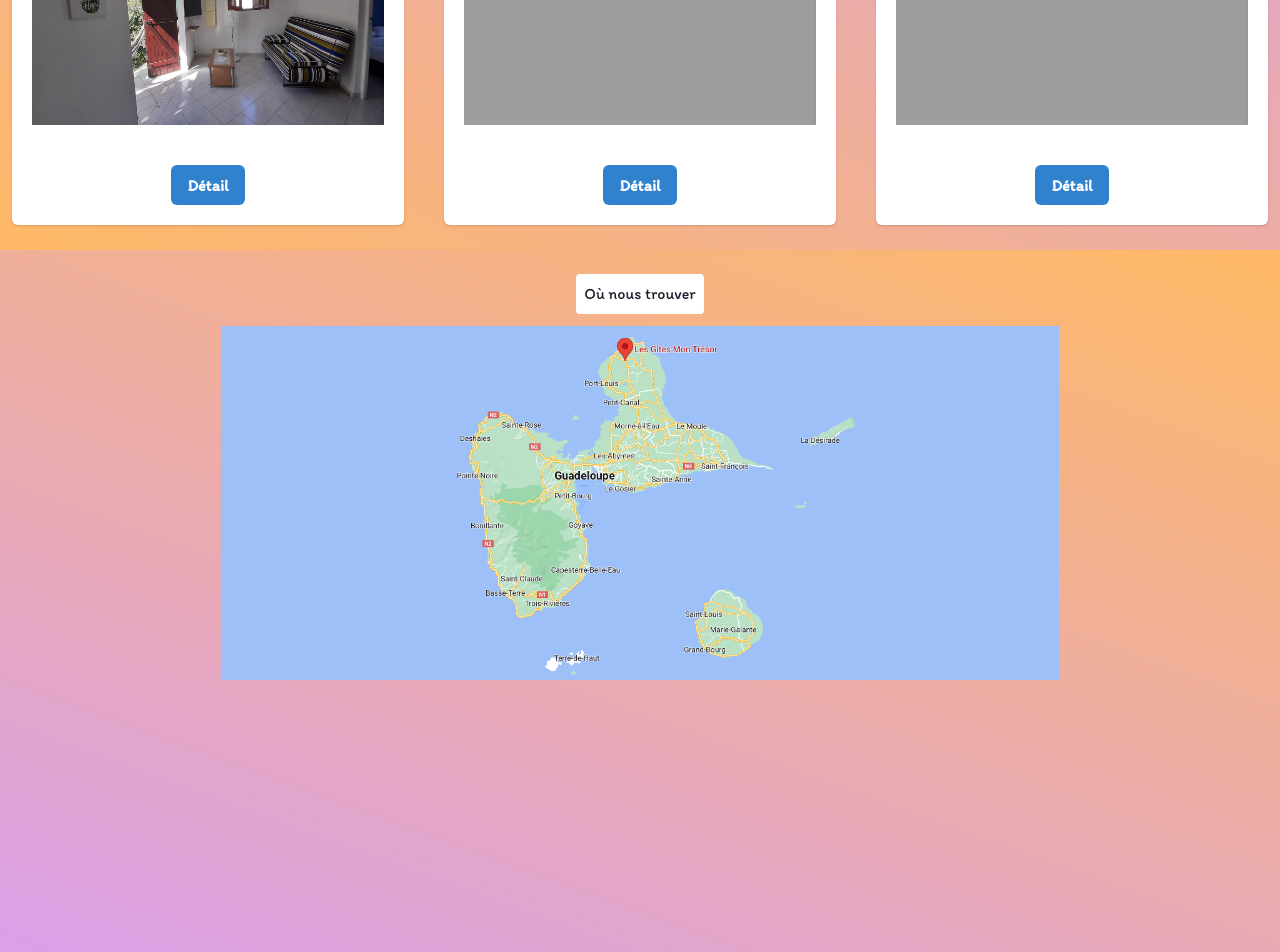
Repository: All-Khwarizmi/gites-v2
Page: /
The author's editor kept a copy of each file at every save. The page is drawn from the files as they stood at one save, then again after the next save.
The browser window is 1280 px wide. The pictures show the part of the page from y = 1190 to 2142 px (the page is 2160 px tall).
Pictures or frames that could not be fetched are drawn as grey boxes. The project was rebuilt for these pictures with package versions that can differ from the ones it lists, and the page was loaded fresh each time. The framework's server and built-in components were replaced by stand-ins that run in the browser. Also part of the build but not shown: next.config.js, next.config.mjs.

Above is the page before, as saved 2023-02-03 19:07:25.

### src/pages/_app.tsx
import { type AppType } from "next/dist/shared/lib/utils";
import { ChakraProvider } from "@chakra-ui/react";
import Layout from "../components/Layout";
import { Itim } from "@next/font/google";
import Navbar from "../components/Navbar";

import "../styles/globals.css";
import Head from "next/head";

const inter = Itim({ weight: "400", subsets: ["latin"] });

const MyApp: AppType = ({ Component, pageProps }) => {
  return (
    <ChakraProvider>
      <Head>
        <title>Gîtes Mon Tresor</title>
        <meta
          name="viewport"
          /* content="width=device-width, initial-scale=1.0, maximum-scale=1.0,user-scalable=0" */
          content="viewport-fit=cover"
        />
        <meta name="title" content="Gîtes Mon Tresor" />

        <meta
          name="description"
          content="Gîtes accueillants et chaleureux en Guadeloupe, Anse Bertrand. Venez en famille ou en amoureux profiter des plaisirs qu'offre l'île. "
        />
        <meta property="og:image" content="/IMG_0318.JPG" key="ogimage" />
      </Head>

      <main className={inter.className}>
        <Component {...pageProps} />
      </main>
    </ChakraProvider>
  );
};

export default MyApp;

### src/pages/index.tsx
import { type NextPage } from "next";
import Head from "next/head";
import Link from "next/link";
import Test from "./Test";
import styles from '../styles/Home.module.scss'

const Home: NextPage = () => {
  return (
    <>
      <Test />
    </>
  );
};

export default Home;

### src/styles/globals.css
@tailwind base;
@tailwind components;
@tailwind utilities;

:root {
  --colorOne: #ffb965;
  --colorTwo: #d99feb;
  --color3: #ffbf5b;
  --color4: #31b7cf;
}
* {
  margin: 0;
  padding: 0;
}
body {
  width: 100vw;
  height: 100vh;
  box-sizing: border-box;
}

.test {
  width: 100%;
}

#myVideo {
  object-fit: cover;

  min-height: 100vh;
  position: relative;
  z-index: -1;
  bottom: 0;
  right: 0;
}

.section {
  background-image: linear-gradient(
    27deg,
    var(--colorOne) 0%,
    var(--colorTwo) 100%
  );
  margin-top: 0;
  position: relative;
}
.section-2 {
  background-image: linear-gradient(
    20deg,
    var(--colorTwo) 0%,
    var(--colorOne) 100%
  );
  margin-top: 0;
  position: relative;
}
.location-div {
  background-image: linear-gradient(
    27deg,
    var(--colorTwo) 0%
    var(--colorOne) 100%,

  );
  position: relative;
}

.card-1 {
  background-color: inherit;
  padding: 3rem;
  width: 100%;
}
.nav {
  position: fixed;
  z-index: 5;


}

### src/pages/Test.tsx
import { AppType } from "next/app";
import {
  Card,
  CardHeader,
  ButtonGroup,
  Button,
  CardBody,
  CardFooter,
  Stack,
  Image,
  Heading,
  Text,
  Divider,
  Flex,
} from "@chakra-ui/react";
import Carousel from "../components/Carousel";
import { Component, useEffect, useRef, useState } from "react";
import Localisation from "../components/Localisation";
import Navbar from "../components/Navbar";

const Test = () => {
  const divPosition: any = useRef(null);


  const slidesPalmier = [
    {
      img: "/Gite Palmier/1.jpg",
    },
    {
      img: "/Gite Palmier/2.jpg",
    },
    {
      img: "/Gite Palmier/3.jpg",
    },
    {
      img: "/Gite Palmier/4.jpg",
    },
    {
      img: "/Gite Palmier/5.jpg",
    },
    {
      img: "/Gite Palmier/6.jpg",
    },
    {
      img: "/Gite Palmier/7.jpg",
    },
    {
      img: "/Gite Palmier/9087556.jpg",
    },
  ];
  const slidesAnanas = [
    {
      img: "/Gite Ananas/1.jpg",
    },
    {
      img: "/Gite Ananas/2.jpg",
    },
    {
      img: "/Gite Ananas/3.jpg",
    },
    {
      img: "/Gite Ananas/4.jpg",
    },
    {
      img: "/Gite Ananas/5.jpg",
    },
    {
      img: "/Gite Ananas/6.jpg",
    },
    {
      img: "/Gite Ananas/20191231_100325.jpg",
    },
    {
      img: "/Gite Ananas/20200325_100606.jpg",
    },
  ];
  const slidesKawan = [
    {
      img: "/Gite Kawan/1.jpg",
    },
    {
      img: "/Gite Kawan/2.jpg",
    },
    {
      img: "/Gite Kawan/3.jpg",
    },
    {
      img: "/Gite Kawan/4.jpg",
    },

    {
      img: "/Gite Kawan/6.jpg",
    },
    {
      img: "/Gite Kawan/7.jpg",
    },
    {
      img: "/Gite Kawan/8.jpg",
    },
    {
      img: "/Gite Kawan/9.jpg",
    },
    {
      img: "/Gite Kawan/10.jpg",
    },
    {
      img: "/Gite Kawan/11.jpg",
    },
    {
      img: "/Gite Kawan/12.jpg",
    },
    {
      img: "/Gite Kawan/13.jpg",
    },
    {
      img: "/Gite Kawan/14.jpg",
    },
    {
      img: "/Gite Kawan/15.jpg",
    },
  ];

  return (
    <>
      <main>
        <Navbar position={divPosition} />
        <div className="test">
          <section className="test">
            <video
              autoPlay
              playsInline
              muted
              loop
              id="myVideo"
              poster="/Gite Kawan/1.jpg"
            >
              <source src={"/Mon film.mp4"} type="video/mp4" />
            </video>
          </section>
          <div className="section h-screen">
            <section ref={divPosition} className="section h-full">
              <div className="card-1 flex-column flex justify-center">
                <Card maxW={"900px"}>
                  <Heading className="flex-column flex justify-center p-2">
                    <p> Bienvenue en Guadeloupe !</p>
                  </Heading>
                  <CardBody>
                    <Text className="welcome-text">
                      Pour des vacances au soleil, sur des plages de sable blanc
                      ou de belles balades dans une verdure luxuriante : les
                      Gîtes Mon Trésor vous assurent un dépaysement total. Loin
                      des grandes structures touristiques, dans un jardin calme
                      et ventilé avec piscine sécurisée, Catherine et Laurent,
                      originaires de Normandie, vous accueillent toute l’année
                      dans leurs gîtes situés sur la commune d'ANSE-BERTRAND, à
                      3 km des plages et de tous commerces. Nous avons l'énorme
                      chance de n'avoir jamais de sargasses sur nos plages les
                      plus proches. Bonne visite !
                    </Text>
                  </CardBody>
                </Card>
              </div>

              <div className="grid  grid-flow-row justify-center gap-4 md:grid-flow-col ">
                <Card maxW="lg" m={3}>
                  <Stack mt="6" spacing="3">
                    <Heading textAlign={"center"} size="md">
                      Gîte Palmier
                    </Heading>
                  </Stack>
                  <CardBody>
                    <Carousel slides={slidesPalmier} />
                  </CardBody>
                  <Flex align="center" justify="center">
                    <CardFooter>
                      <Button variant="solid" colorScheme="blue">
                        Détail
                      </Button>
                    </CardFooter>
                  </Flex>
                </Card>
                <Card maxW="lg" m={3}>
                  <Stack mt="6" spacing="3">
                    <Heading textAlign={"center"} size="md">
                      Gîte Ananas
                    </Heading>
                  </Stack>
                  <CardBody>
                    <Carousel slides={slidesAnanas} />
                  </CardBody>
                  <Flex align="center" justify="center">
                    <CardFooter>
                      <Button variant="solid" colorScheme="blue">
                        Détail
                      </Button>
                    </CardFooter>
                  </Flex>
                </Card>
                <Card maxW="lg" m={3}>
                  <Stack mt="6" spacing="3">
                    <Heading textAlign={"center"} size="md">
                      Gîte Kawan
                    </Heading>
                  </Stack>
                  <CardBody>
                    <Carousel slides={slidesKawan} />
                  </CardBody>
                  <Flex align="center" justify="center">
                    <CardFooter>
                      <Button variant="solid" colorScheme="blue">
                        Détail
                      </Button>
                    </CardFooter>
                  </Flex>
                </Card>
              </div>


            </section>
          </div>
          <div className="h-screen section-2">
            <Localisation />
          </div>
        </div>
      </main>
    </>
  );
};

export default Test;

### src/components/Carousel.tsx
import React from 'react'
import { useEffect, useState } from 'react';
import { Flex, Box, Text, Image } from '@chakra-ui/react';

const Carousel = ({slides}: any) => {

  const slides1 = [
    {
      img: "/Gîte Palmier/1.jpg",
    },
    {
      img: "/Gîte Palmier/2.jpg",
    },
    {
      img: "/Gîte Palmier/3.jpg",
    },
    {
      img: "/Gîte Palmier/4.jpg",
    },
    {
      img: "/Gîte Palmier/5.jpg",
    },
    {
      img: "/Gîte Palmier/6.jpg",
    },
    {
      img: "/Gîte Palmier/7.jpg",
    },
    {
      img: "/Gîte Palmier/9087556.jpg",
    },

  ];
  const [currentSlide, setCurrentSlide] = useState(0);
  const slidesCount = slides.length;
  const carouselStyle = {
    transition: "all .5s",
    ml: `-${currentSlide * 100}%`,
  };
  const SLIDES_INTERVAL_TIME = 3000;
  const ANIMATION_DIRECTION = "right";
  useEffect(() => {
    const prevSlide = () => {
      setCurrentSlide((s) => (s === 0 ? slidesCount - 1 : s - 1));
    };

    const nextSlide = () => {
      setCurrentSlide((s) => (s === slidesCount - 1 ? 0 : s + 1));
 };

    const automatedSlide = setInterval(() => {
      ANIMATION_DIRECTION.toLowerCase() === "left" ? prevSlide() : nextSlide();
    }, SLIDES_INTERVAL_TIME);
    return () => clearInterval(automatedSlide);
  }, [slidesCount]);
  return (
    <Flex
      w="full"
      bg="#edf3f8"
      _dark={{
        bg: "#3e3e3e",
      }}

      alignItems="center"
      justifyContent="center"
    >
      <Flex w="full" overflow="hidden">
        <Flex pos="relative" h="200px" w="full" {...carouselStyle}>
          {slides.map((slide: any, sid: any) => (
            <Box key={`slide-${sid}`} flex="none" boxSize="full" shadow="md">
              <Text
                color="white"
                fontSize="xs"
                p="8px 12px"
                pos="absolute"
                top="0"
                whiteSpace="nowrap"
              >
                {sid + 1} / {slidesCount}
              </Text>
              <Image
                src={slide.img}
                alt="carousel image"
                boxSize="full"
                backgroundSize="cover"
              />
            </Box>
          ))}
        </Flex>
      </Flex>
    </Flex>
  );
};



export default Carousel

### src/components/Localisation.tsx
import React from "react";
import Link from "next/link";

const Localisation = () => {
  const coordinates: string =
    "Les+Gîtes+Mon+Trésor/@16.4645544,-61.4825254,17z";
  const baseUrl: string =
    "https://www.google.com/maps/search/?api=1&query=Les+Gîtes+Mon+Trésor+Anse+Bertrand/";
  return (
    <>
      <div className="location align-center flex items-center justify-center p-3"></div>
      <div className="section-location flex  justify-center">
        <p className="text-extra-bold w-30 rounded bg-white p-2">
          Où nous trouver
        </p>
      </div>

      <div className="location p-3">
        <a
          className="align-center flex items-center justify-center"
          target="_blank"
          href={baseUrl}
        >
          <img
            className="w-2/3"
            src="./IMG_0537.JPG"
            alt="carte de la Guadeloupe"
          />
        </a>
      </div>
    </>
  );
};

export default Localisation;

### src/components/Navbar.tsx
import { useEffect, useState, useRef } from "react";

function NavLink({ to, children }: any) {
  return (
    <a href={to} className={`mx-4`}>
      {children}
    </a>
  );
}

function MobileNav({ open, setOpen }: any) {
  return (
    <div
      className={`absolute top-0 left-0 h-screen w-screen transform bg-white ${
        open ? "-translate-x-0" : "-translate-x-full"
      } drop-shadow-md filter transition-transform duration-300 ease-in-out `}
    >
      <div className="flex h-20 items-center justify-center bg-white drop-shadow-md filter">
        {" "}
        {/*logo container*/}
        <a className="text-2xl font-semibold" href="/">
          <img
            className="w-24 hover:w-32"
            src="/IMG_0318.JPG"
            alt="Gîtes Mon Tresor Logo"
          />
        </a>
      </div>
      <div className="ml-4 flex flex-col">
        <a
          className="my-4 text-xl font-medium"
          href="#"
          onClick={() =>
            setTimeout(() => {
              setOpen(!open);
            }, 100)
          }
        >
          Accueil
        </a>
        <a
          className="my-4 text-xl font-normal"
          href="#"
          onClick={() =>
            setTimeout(() => {
              setOpen(!open);
            }, 100)
          }
        >
          Gîtes
        </a>
        <a
          className="my-4 text-xl font-normal"
          href="#"
          onClick={() =>
            setTimeout(() => {
              setOpen(!open);
            }, 100)
          }
        >
          Localisation
        </a>
        <a
          className="my-4 text-xl font-normal"
          href="#"
          onClick={() =>
            setTimeout(() => {
              setOpen(!open);
            }, 100)
          }
        >
          Tarifs
        </a>
        <a
          className="my-4 text-xl font-normal"
          href="#"
          onClick={() =>
            setTimeout(() => {
              setOpen(!open);
            }, 100)
          }
        >
          Contact
        </a>
        <a
          className="my-4 text-xl font-normal"
          href="#"
          onClick={() =>
            setTimeout(() => {
              setOpen(!open);
            }, 100)
          }
        >
          Partenariats
        </a>
      </div>
    </div>
  );
}

export default function Navbar({ position }: any) {
  const [open, setOpen] = useState(false);
  const [color, setColor] = useState(" ");
  const [colorFont, setColorFont] = useState(" ");
  const [offset, setOffset] = useState(0);


  useEffect(() => {
    const onScroll = () => setOffset(window.pageYOffset);
    // clean up code
    window.removeEventListener("scroll", onScroll);
    window.addEventListener("scroll", onScroll, { passive: true });
    if (position?.current?.getBoundingClientRect().top < 80) {
      setColor("bg-white");
      setColorFont("text-black");
    } else {
      setColor(" ");
      setColorFont("text-white");
    }
    return () => window.removeEventListener("scroll", onScroll);
  }, [offset]);

  const style = { backgroundColor: color, color: colorFont };
  return (
    <nav
      className={`nav flex h-20 w-full items-center gap-4 ${style.backgroundColor}  px-4 py-4 drop-shadow-md filter`}
    >
      <MobileNav open={open} setOpen={setOpen} />
      <div className="flex w-3/12 items-center">
        <a className="text-2xl font-semibold" href="/">
          <img
            className="w-24 hover:w-32"
            src="/IMG_0318.JPG"
            alt="Gîtes Mon Tresor Logo"
          />
        </a>
      </div>
      <div className="flex w-9/12 items-center justify-end">
        <div
          className="relative z-50 flex h-8 w-8 flex-col items-center justify-between md:hidden"
          onClick={() => {
            setOpen(!open);
          }}
        >
          {/* hamburger button */}
          <span
            className={`h-1 w-full transform rounded-lg bg-black transition duration-300 ease-in-out ${
              open ? "translate-y-3.5 rotate-45" : ""
            }`}
          />
          <span
            className={`h-1 w-full rounded-lg bg-black transition-all duration-300 ease-in-out ${
              open ? "w-0" : "w-full"
            }`}
          />
          <span
            className={`h-1 w-full transform rounded-lg bg-black transition duration-300 ease-in-out ${
              open ? "-translate-y-3.5 -rotate-45" : ""
            }`}
          />
        </div>

        <div className="hidden md:flex">
          <ul className="flex justify-items-center gap-x-3">
            <li className="mr-6">
              <a
                className={` flex-initial text-2xl ${style.color} text-justify   hover:underline`}
                href="#"
              >
                Accueil
              </a>
            </li>
            <li className="mr-6">
              <a
                className={` flex-initial text-2xl ${style.color} text-justify   hover:underline`}
                href="#"
              >
                Gîtes
              </a>
            </li>
            <li className="mr-6">
              <a
                className={` flex-initial text-2xl ${style.color} text-justify   hover:underline`}
                href="#"
              >
                Localisation
              </a>
            </li>
            <li className="mr-6">
              <a
                className={` flex-initial text-2xl ${style.color} text-justify   hover:underline`}
                href="#"
              >
                Tarifs
              </a>
            </li>
            <li className="mr-6">
              <a
                className={` flex-initial text-2xl ${style.color} text-justify   hover:underline`}
                href="#"
              >
                Contact
              </a>
            </li>
            <li className="mr-6">
              <a
                className={` flex-initial text-2xl ${style.color} text-justify   hover:underline`}
                href="#"
              >
                Partenariats
              </a>
            </li>
          </ul>
        </div>
      </div>
    </nav>
  );
}

Loaded but not shown: tailwind.config.cjs (common file)

After the next save:
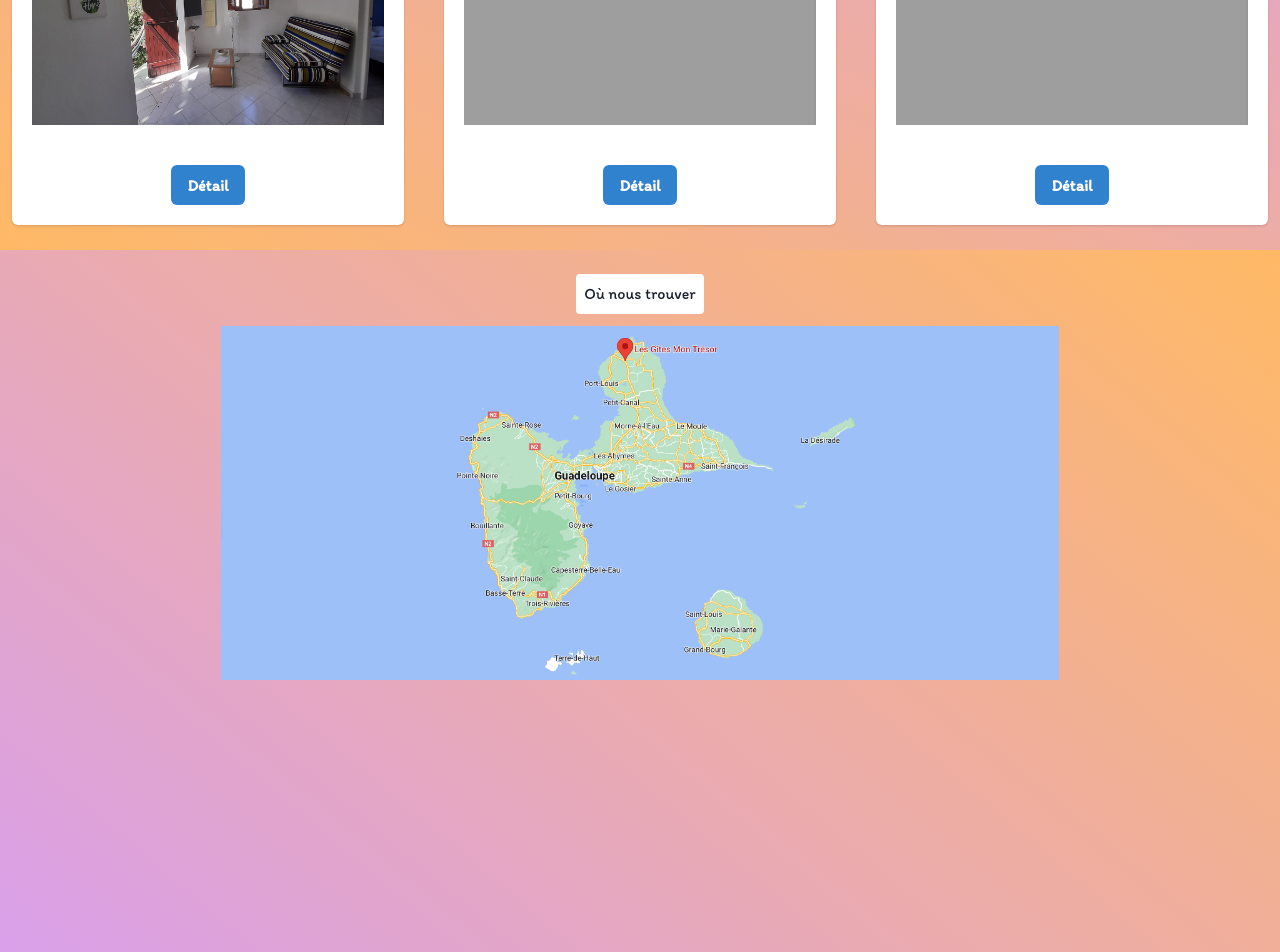
Saved 11 s later.
--- a/src/styles/globals.css
+++ b/src/styles/globals.css
@@ -43,7 +43,7 @@ body {
 }
 .section-2 {
   background-image: linear-gradient(
-    20deg,
+    40deg,
     var(--colorTwo) 0%,
     var(--colorOne) 100%
   );
